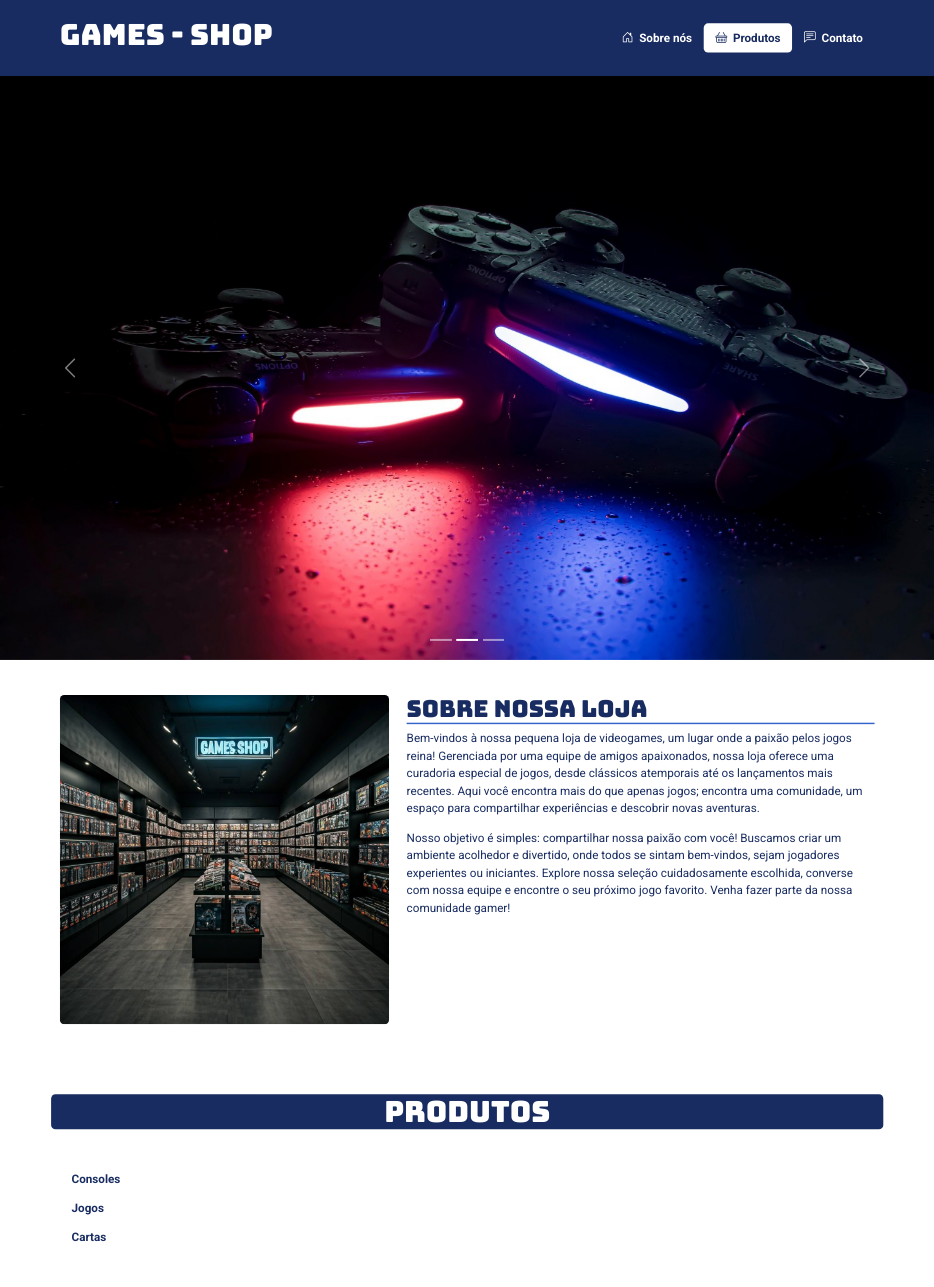
Repository: MatiasBrighent/GamesShop-Bootstrap
Page: index.html
An editor plug-in stored every save of this project. The page is shown before and after the next save, followed by the edit.
The browser window is 1280 px wide. The pictures show the whole page, at 73% of full size.

Above is the page before, as saved 2025-06-20 15:09:37.

After the next save:
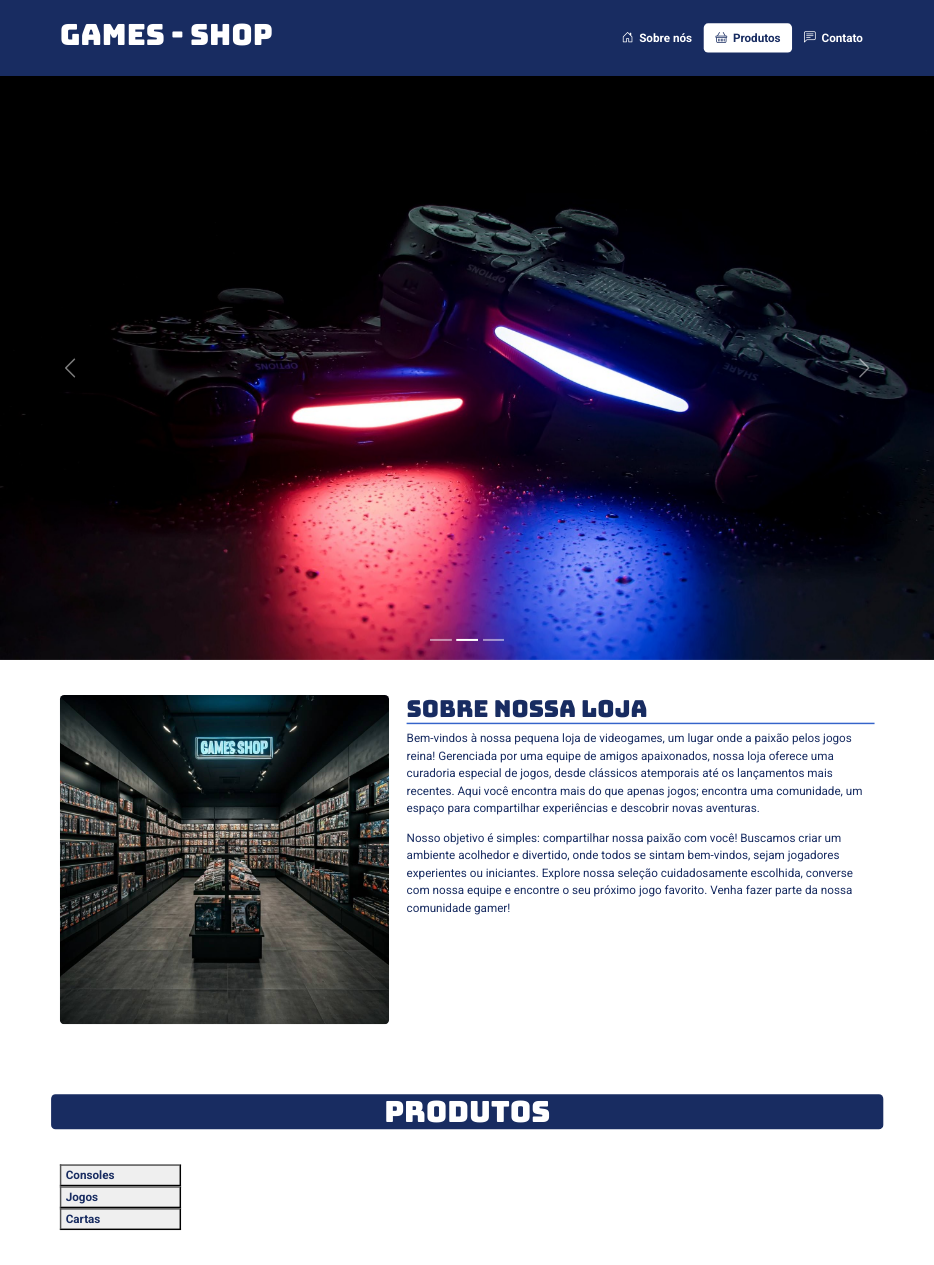
Saved 20 s later.
--- a/index.html
+++ b/index.html
@@ -94,9 +94,9 @@
                 <div class="row">
                     <aside class="col-md-2">
                         <nav class="nav nav-pills flex-column nav-cadarpio">
-                            <button type="button" data-bs-toggle="tab" data-bs-target="#" class="fw-bold text-start nav-link text-colored">Consoles</button>
-                            <button type="button" data-bs-toggle="tab" data-bs-target="#" class="fw-bold text-start nav-link text-colored">Jogos</button>
-                            <button type="button" data-bs-toggle="tab" data-bs-target="#" class="fw-bold text-start nav-link text-colored">Cartas</button>
+                            <button type="button" data-bs-toggle="tab" data-bs-target="#" class="fw-bold text-start  text-colored">Consoles</button>
+                            <button type="button" data-bs-toggle="tab" data-bs-target="#" class="fw-bold text-start  text-colored">Jogos</button>
+                            <button type="button" data-bs-toggle="tab" data-bs-target="#" class="fw-bold text-start  text-colored">Cartas</button>
                         </nav>
                     </aside>
                 </div>

After the save that followed:
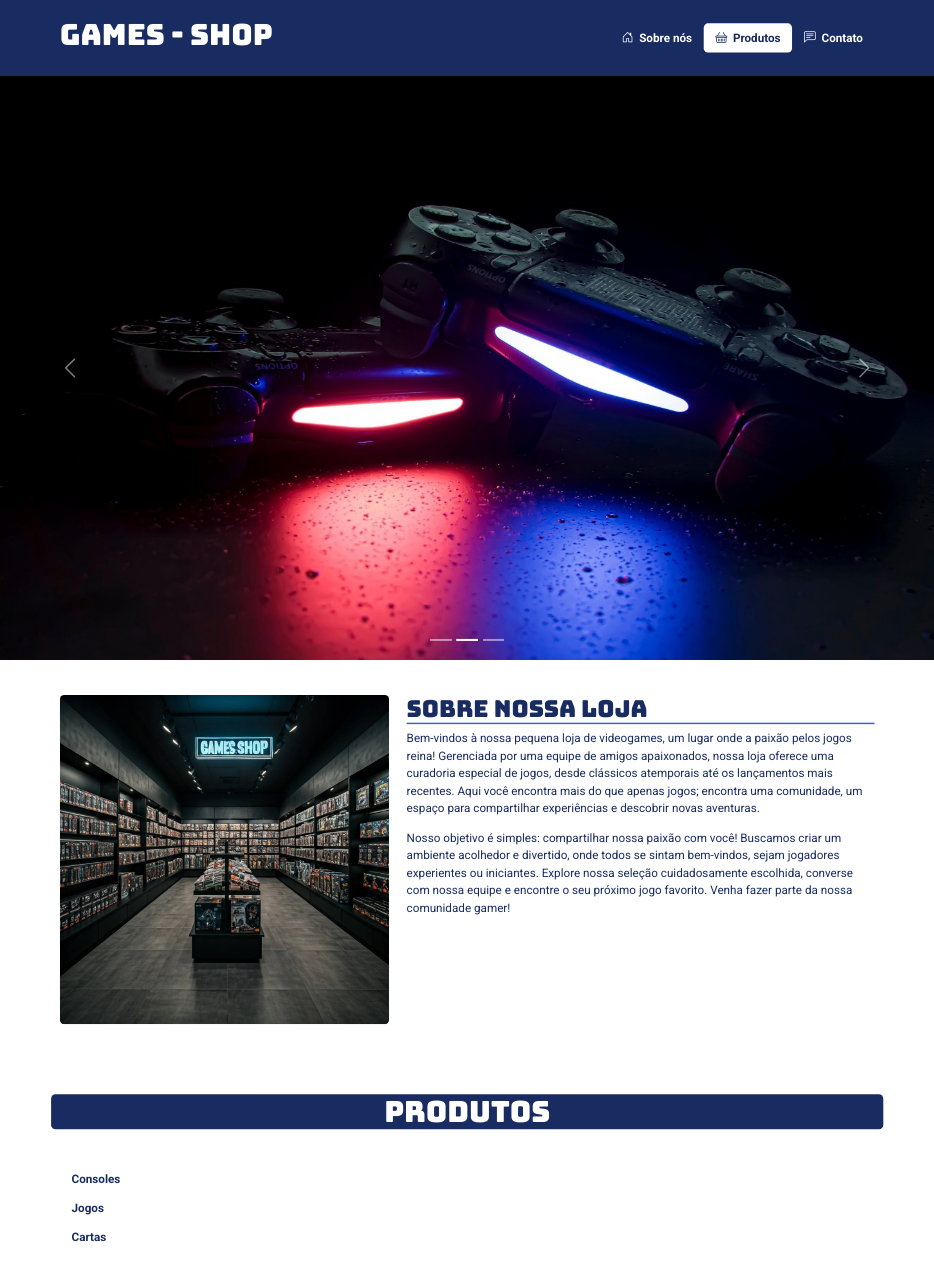
Saved 4 s later.
--- a/index.html
+++ b/index.html
@@ -94,9 +94,9 @@
                 <div class="row">
                     <aside class="col-md-2">
                         <nav class="nav nav-pills flex-column nav-cadarpio">
-                            <button type="button" data-bs-toggle="tab" data-bs-target="#" class="fw-bold text-start  text-colored">Consoles</button>
-                            <button type="button" data-bs-toggle="tab" data-bs-target="#" class="fw-bold text-start  text-colored">Jogos</button>
-                            <button type="button" data-bs-toggle="tab" data-bs-target="#" class="fw-bold text-start  text-colored">Cartas</button>
+                            <button type="button" data-bs-toggle="tab" data-bs-target="#" class="fw-bold text-start nav-link text-colored">Consoles</button>
+                            <button type="button" data-bs-toggle="tab" data-bs-target="#" class="fw-bold text-start nav-link text-colored">Jogos</button>
+                            <button type="button" data-bs-toggle="tab" data-bs-target="#" class="fw-bold text-start nav-link text-colored">Cartas</button>
                         </nav>
                     </aside>
                 </div>
